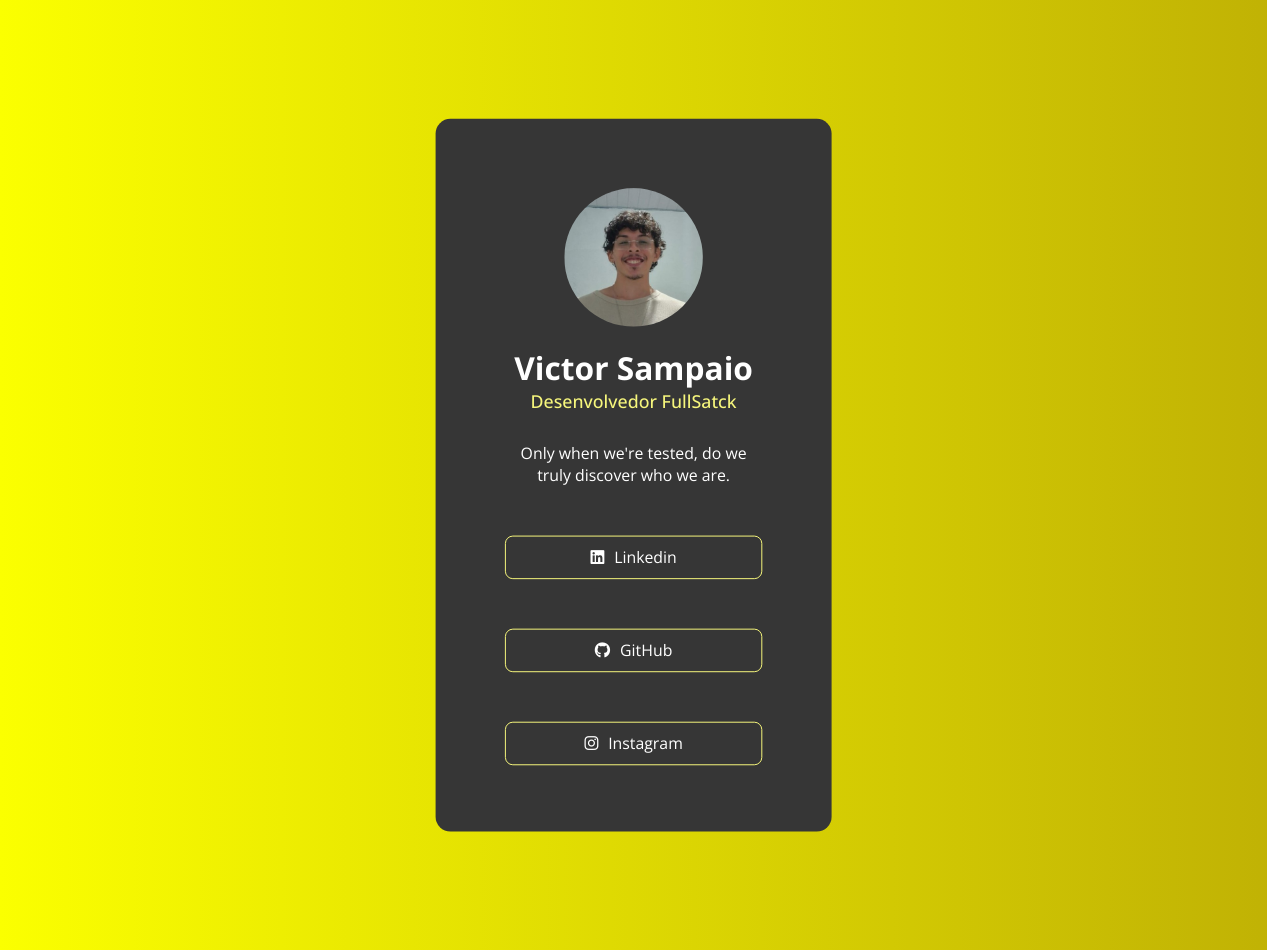
Repository: VictorSampaioDev/linkthree-gt9
Page: index.html
The author's editor kept a copy of each file at every save. The page is drawn from the files as they stood at one save, then again after a run of saves.
The browser window is 1280 px wide. The pictures show the whole page, at 99% of full size.

Above is the page before, as saved 2025-04-11 11:36:33.

### index.html
<!DOCTYPE html>
<html lang="pt-br">
<head>
    <meta charset="UTF-8">
    <meta name="viewport" content="width=device-width, initial-scale=1.0">
    <title>linkthree JV</title>
    <link rel="stylesheet" href="style.css">
    <link rel="preconnect" href="https://fonts.googleapis.com">
    <link rel="preconnect" href="https://fonts.gstatic.com" crossorigin>
    <link href="https://fonts.googleapis.com/css2?family=Open+Sans:ital,wght@0,300..800;1,300..800&display=swap" rel="stylesheet">
    <link rel="stylesheet" href="https://cdnjs.cloudflare.com/ajax/libs/font-awesome/6.5.0/css/all.min.css">
</head>
<body>
    <div class="container-main">
<!-- imagem -->
        <div class="container-image">
            <img src="./assets/image-profile.jpeg" alt="Foto de Perfil">
        </div>
<!-- Titulos -->
      <div class="container-infos">
        <h1>Victor Sampaio</h1>
        <h2>Desenvolvedor FullSatck</h2>
      </div>
<!-- Paragrafo -->
      <div class="container-paragrafo">
        <p>
            Only when we're tested, do we truly discover who we are.
        </p>
      </div>
<!-- lista estilizada ("botões") -->
      <div class="container-social-links">
        <ul>
                <a href="https://www.linkedin.com/in/joao-victor-sampaio-30a556355/" target="_blank">
                    <li>
                        <!-- icone -->
                        <i class="fa-brands fa-linkedin"></i>
                        <!-- paragrafo -->
                        <p>Linkedin</p>
                    </li>
                </a>

                <a href="https://github.com/VictorSampaioDev" target="_blank">
                   <li>
                    <i class="fa-brands fa-github"></i>
                    <p>GitHub</p>
                   </li>
                </a>

                <a href="https://www.instagram.com/jovetorr" target="_blank">
                   <li>
                    <i class="fa-brands fa-instagram"></i>
                    <p>Instagram</p>
                   </li>
                </a>
        </ul>
    </div>
</body>
</html>

### style.css
* {
    font-family: "Open Sans", sans-serif;
    margin: 0;
    padding: 0;
    box-sizing: border-box;
}
body{
    background: #fbff00;
    background: linear-gradient(90deg, rgba(251, 255, 0, 1) 0%, rgba(181, 163, 5, 1) 30%, rgba(0, 0, 0, 1) 100%);
    animation: gradientshift 10s ease infinite;
    background-size: 400%;

    @keyframes gradientshift{
        0% {background-position 0% 50%;}
        50%{background-position 50% 100%;}
        100%{background-position 0% 50%;}
    }

}
.container-main{
    background-color: #363636;
    width: 400px;
    height: 720px;
    box-sizing: border-box;
    margin: 120px auto;
    padding: 70px;
    border-radius: 15px;
    text-align: center;
}
.container-image{

    & img{
       width: 140px;
       border-radius: 100%;
    }
}
.container-infos{
    margin-top: 15px;
    margin-bottom: 10px;
}
.container-infos h1{
    font-weight: 700;
    color: white;
}
.container-infos h2{
    font-weight: 500;
    font-size: 18px;
    color: rgb(246, 246, 124);
}
.container-paragrafo{
    margin-top: 30px;
    color: white;
}
.container-social-links ul {
    padding-bottom: 50%;
    margin-top: 50px;
    list-style-type: none;
}
.container-social-links li {
    display: flex;
    justify-content: center;
    gap: 10px;
    align-items: center;
    margin-bottom: 5px;
    margin-top: 50px;
    border: 1px solid rgb(246, 246, 124);
    border-radius: 8px;
    padding: 10px;
    transition: background-color 0.3s;


    &:hover{
        background-color: rgb(246, 246, 124);
    }
  }

.container-social-links a {
    text-decoration: none;
    color: white;
    transition: color 0.3s;

    &:hover{
        color: black;
    }
}

After the next 2 saves:
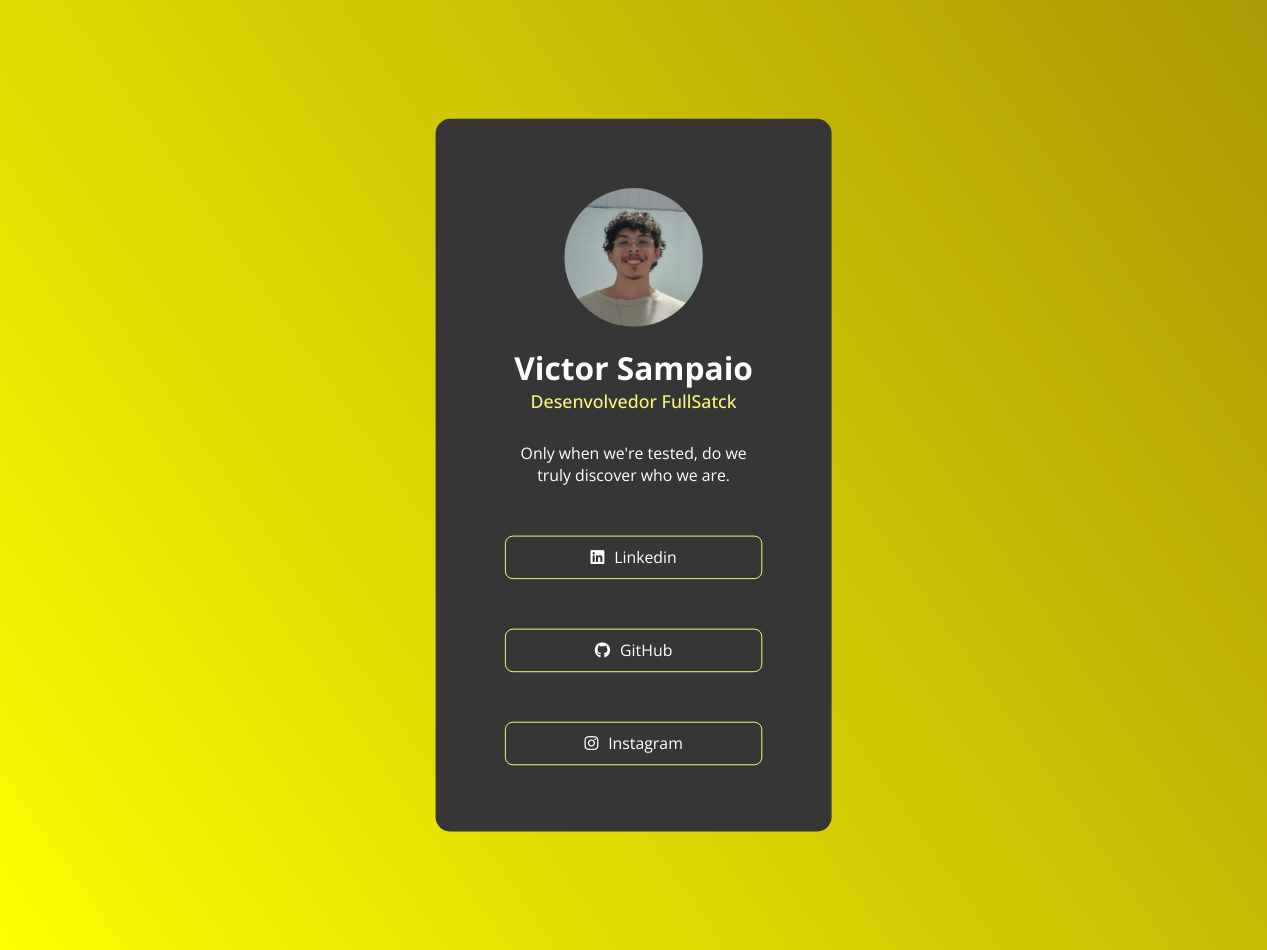
The 2 saves are shown as one change because they came seconds apart.
The last was saved 51 s later.
--- a/style.css
+++ b/style.css
@@ -6,7 +6,7 @@
 }
 body{
     background: #fbff00;
-    background: linear-gradient(90deg, rgba(251, 255, 0, 1) 0%, rgba(181, 163, 5, 1) 30%, rgba(0, 0, 0, 1) 100%);
+    background: linear-gradient(55deg, rgba(251, 255, 0, 1) 0%, rgba(181, 163, 5, 1) 30%, rgba(0, 0, 0, 1) 100%);
     animation: gradientshift 10s ease infinite;
     background-size: 400%;
 
